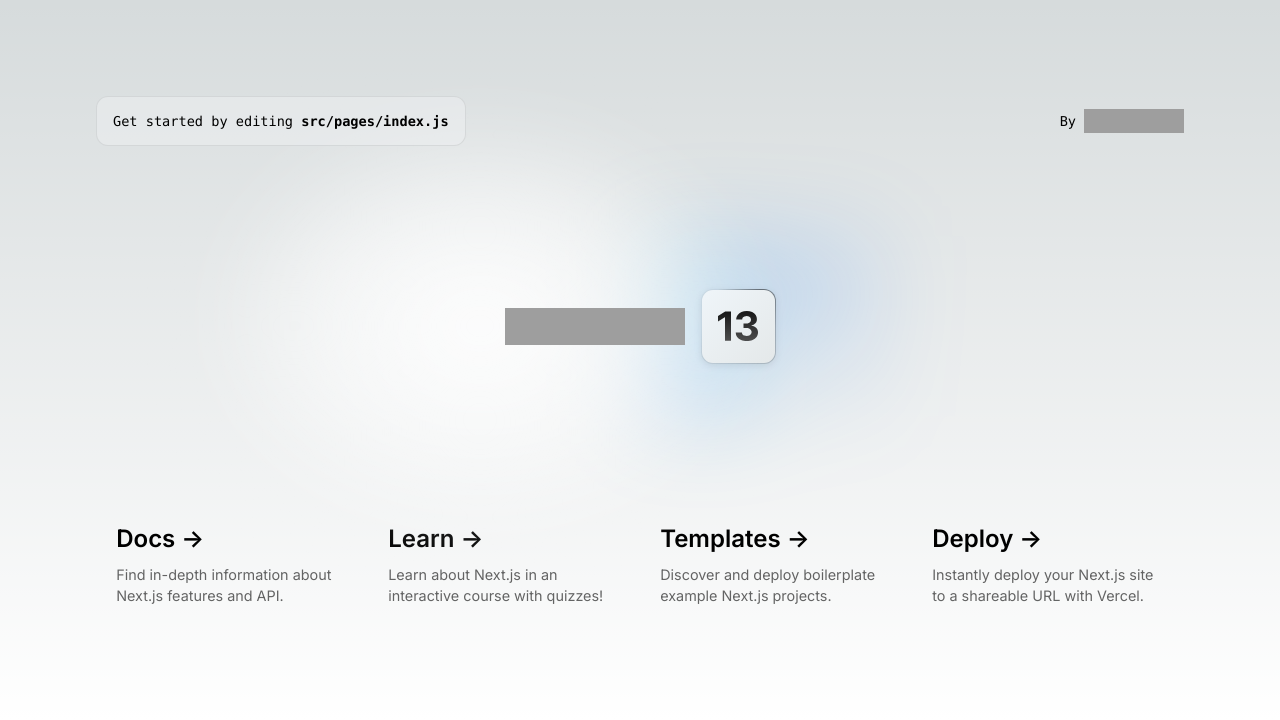
Repository: TauqeerHusain/NEXT-JS-PORTFOLIO
Page: /
These files come from the project's save history. The page is drawn as it stood at one moment and after the next save; the edit follows.
The browser window is 1280 px wide. The pictures show the whole page.
Pictures or frames that could not be fetched are drawn as grey boxes. The project was rebuilt for these pictures with package versions that can differ from the ones it lists, and the page was loaded fresh each time. The framework's server and built-in components were replaced by stand-ins that run in the browser. Also part of the build but not shown: next.config.js, src/styles/theme.js. Imported but missing from the stored project, and not drawn on this page: src/themes/default.

Above is the page before, as saved 2023-02-18 00:43:24.

### src/pages/_app.js
import Theme from "../styles/theme";
import "@/styles/globals.css";

export default function App({ Component, pageProps }) {
  return <Component {...pageProps} />;
}

Loaded but not shown: src/pages/_document.js (common file); src/pages/index.js (common file); src/styles/globals.css (common file); src/styles/Home.module.css (common file)

After the next save:
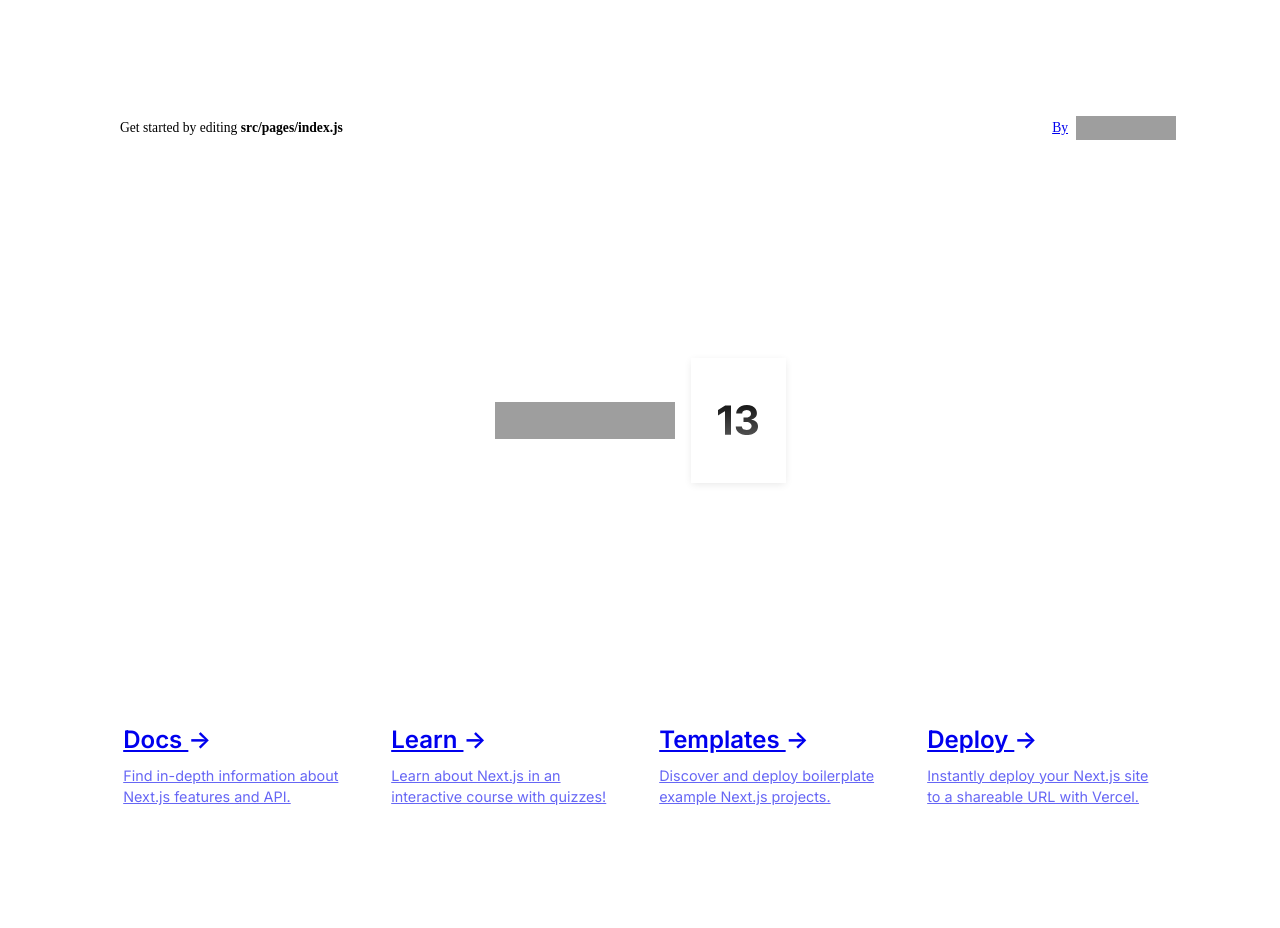
Saved 4 s later.
--- a/src/pages/_app.js
+++ b/src/pages/_app.js
@@ -1,5 +1,4 @@
 import Theme from "../styles/theme";
-import "@/styles/globals.css";
 
 export default function App({ Component, pageProps }) {
   return <Component {...pageProps} />;
